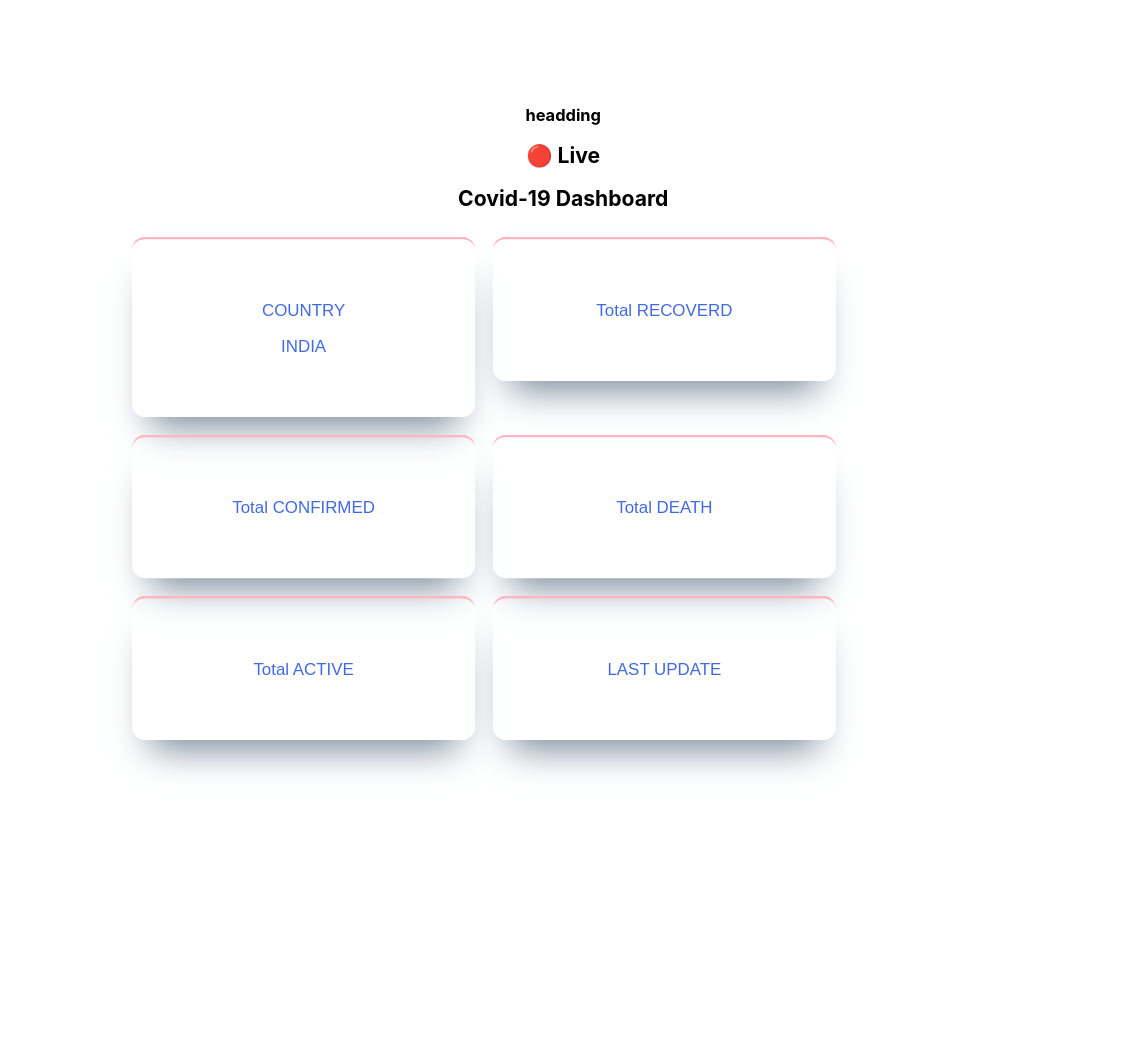
Repository: Aniketlamage/covid19-dashboard
Page: /
An editor plug-in stored every save of this project. The page is shown before and after the next save, followed by the edit.
The browser window is 1280 px wide. The pictures show the whole page, at 88% of full size.
The page's requests for data from a server got no answer. The project was rebuilt for these pictures with package versions that can differ from the ones it lists, and the page was loaded fresh each time. No one was signed in, and anything a server would have sent is missing.

Above is the page before, as saved 2021-09-30 22:02:29.

### src/App.js
import React from 'react'
import Covid from './components/covid';
const App = () => {
return(
<>
<Covid />
</>
)
}

export default App;

### src/components/covid.js
import React, { useEffect, useState } from 'react'
import "./covid.css"

const Covid = () => {
    const [data, setData] =  useState([]);
    const getCovidData = async () =>{
        try{
            const res = await fetch('https://data.covid19india.org/data.json')
            const actualData = await res.json();
            console.log(actualData.statewise[0]);
            setData(actualData.statewise[0]);
           }
        catch(err){console.log(err);}
    }

    useEffect(() => {
        getCovidData ();
    }, []);
return(

<>
<section>

<div class="container">
  <nav class="navbar navbar-expand-lg navbar-light bg-light">
<h1>headding</h1>  </nav>
</div>

    <h1>🔴 Live </h1>
    <h2>Covid-19 Dashboard</h2>

<ul>
    <li className = "card">
        <div className ="card__main">
            <div className ="card__inner">
                <p className="card__name"> COUNTRY </p>
                <p classname="card__total card__small">INDIA</p>
            </div>
        </div>
    </li>
    <li className = "card">
        <div className ="card__main">
            <div className ="card__inner">
                <p className="card__name"><span> Total </span> RECOVERD </p>
                <p classname="card__total card__small">{data.recovered}</p>
            </div>
        </div>
    </li><li className = "card">
        <div className ="card__main">
            <div className ="card__inner">
                <p className="card__name"><span> Total </span> CONFIRMED </p>
                <p classname="card__total card__small">{data.confirmed}</p>
            </div>
        </div>
    </li><li className = "card">
        <div className ="card__main">
            <div className ="card__inner">
                <p className="card__name"><span> Total </span> DEATH </p>
                <p classname="card__total card__small">{data.deaths}</p>
            </div>
        </div>
    </li><li className = "card">
        <div className ="card__main">
            <div className ="card__inner">
                <p className="card__name"><span> Total </span> ACTIVE </p>
                <p classname="card__total card__small">{data.active}</p>
            </div>
        </div>
    </li><li className = "card">
        <div className ="card__main">
            <div className ="card__inner">
                <p className="card__name"><span> LAST </span> UPDATE </p>
                <p classname="card__total card__small">{ data.lastupdatedtime}</p>
            </div>
        </div>
    </li>
</ul>
</section>
</>

)

}
export default Covid;

### src/components/covid.css


.main,body {
    background-color: white;
    padding: 100px;
    text-align: center;
    min-height: 100ch;
    align-items: center;

}

div.head{
    font-weight: 100;
    text-align: center;
    @media screen {
        text-emphasis: none;
    }
}
p {
    color: royalblue;
    font-weight: 500;
    font: 1.2em sans-serif;
    font-family: 'Poppins', sans-serif;

}

ul{
    list-style-type:none;
    display: flex;
    flex-wrap: wrap;
}
div.card__main{

    border-radius: 15px;
    border-top: lightpink solid;
    width: 290px;
    padding: 50px;
    margin: 10px;
    align-items: center;
    cursor: pointer;
    box-shadow: 0px 30px 40px -20px lightslategray;
 }



.card_name{
    font-size: 25px;
    font-weight: bold;
}

.card_name span {
    font-size: 15px;
}

.card_total {

    font-size: 20px;
    font-weight: bold;

}
.card__small {
    font-size: 80px;
}
@media (max-width: 500px)
{
    .card_total{font-size: 70px;}
}
@media (max-width: 500px)
{
    .card{
        width: 100%;
        height: 290px;
        margin-right: 0;
        float: none;
    }
    .card .card__inner,
    .card .card__back{
        height: 290px;
    }
}

.card {
    transition: transform .3s;
  }

  .card :hover {
    transition: transform .3s;
    -ms-transform: scale(1.2);
    -webkit-transform: scale(1.2);
    transform: scale(1.2);
  }

Loaded but not shown: public/index.html (common file); src/index.js (common file); src/index.css (common file); src/reportWebVitals.js (common file)

After the next save:
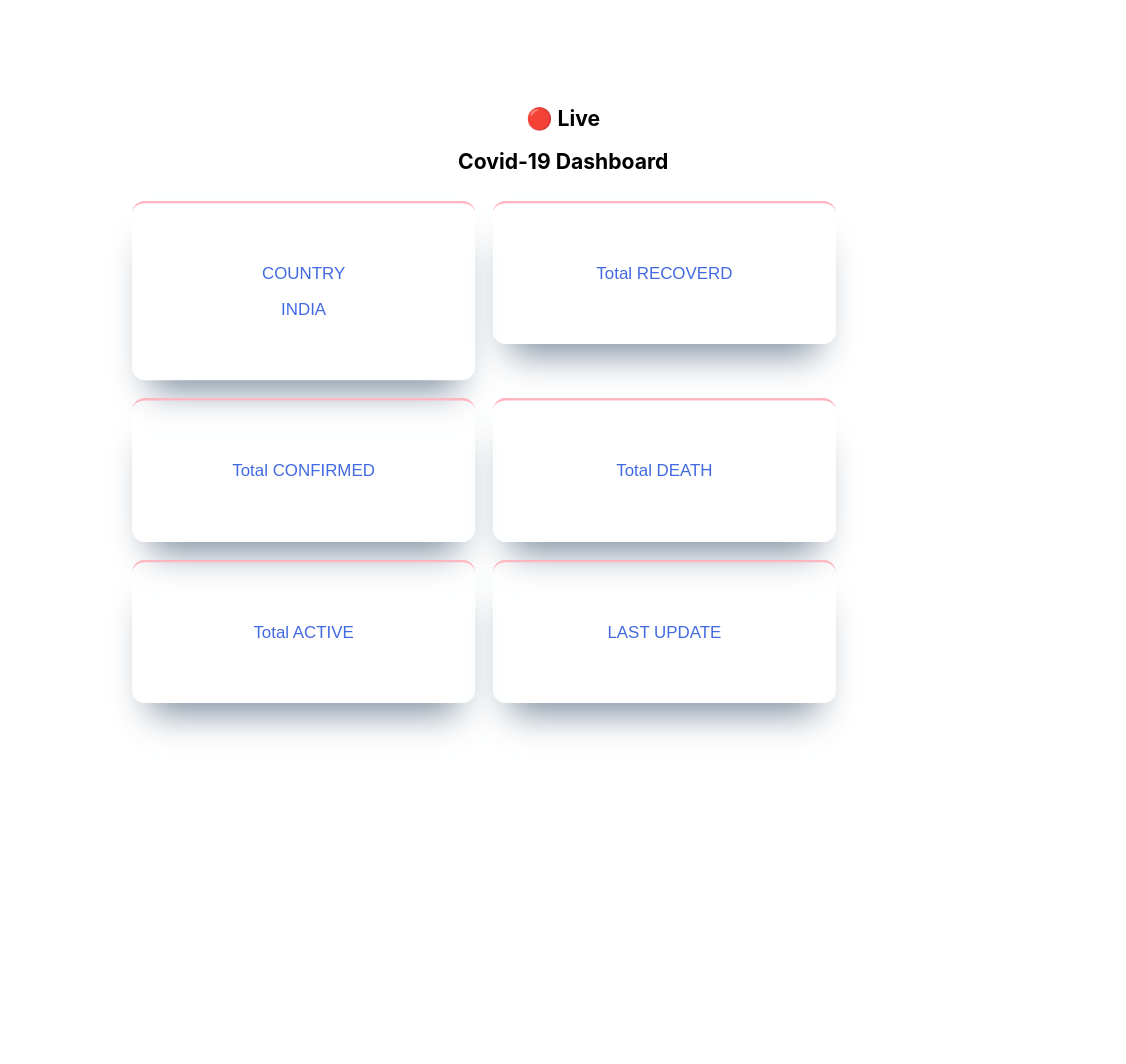
Saved 24 s later.
--- a/src/components/covid.js
+++ b/src/components/covid.js
@@ -21,10 +21,7 @@ return(
 <>
 <section>
 
-<div class="container">
-  <nav class="navbar navbar-expand-lg navbar-light bg-light">
-<h1>headding</h1>  </nav>
-</div>
+
 
     <h1>🔴 Live </h1>
     <h2>Covid-19 Dashboard</h2>
